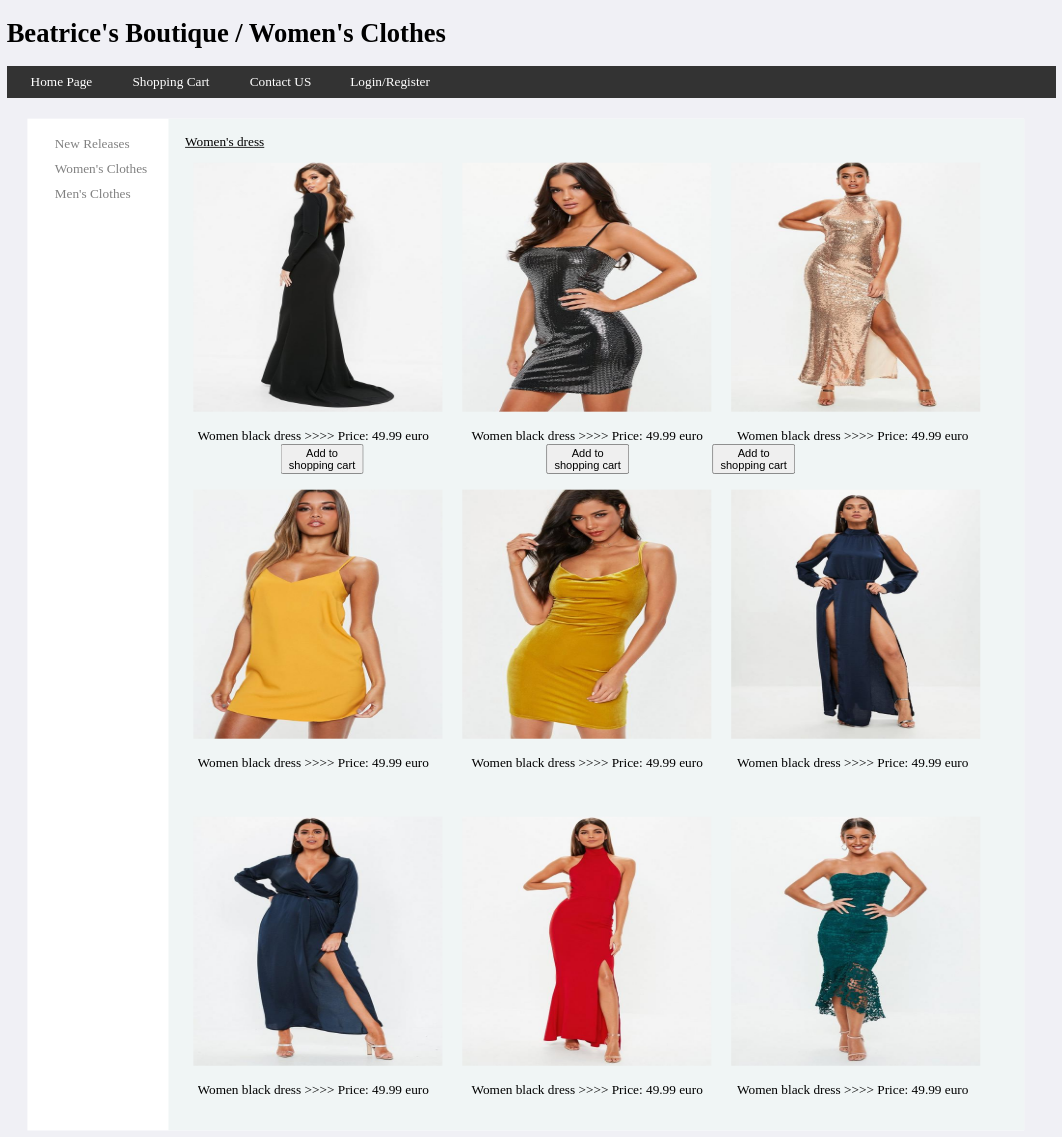
Repository: IosifDobos/Beatrice-Boutique
Page: http://localhost/BeatriceBoutique/womensClothes.jsp
The author's editor kept a copy of each file at every save. The page is drawn from the files as they stood at one save, then again after the next save.
The browser window is 1280 px wide. The pictures show the whole page, at 83% of full size.
The page is served by Tomcat 9.

Above is the page before, as saved 2018-12-04 17:55:48.

After the next save:
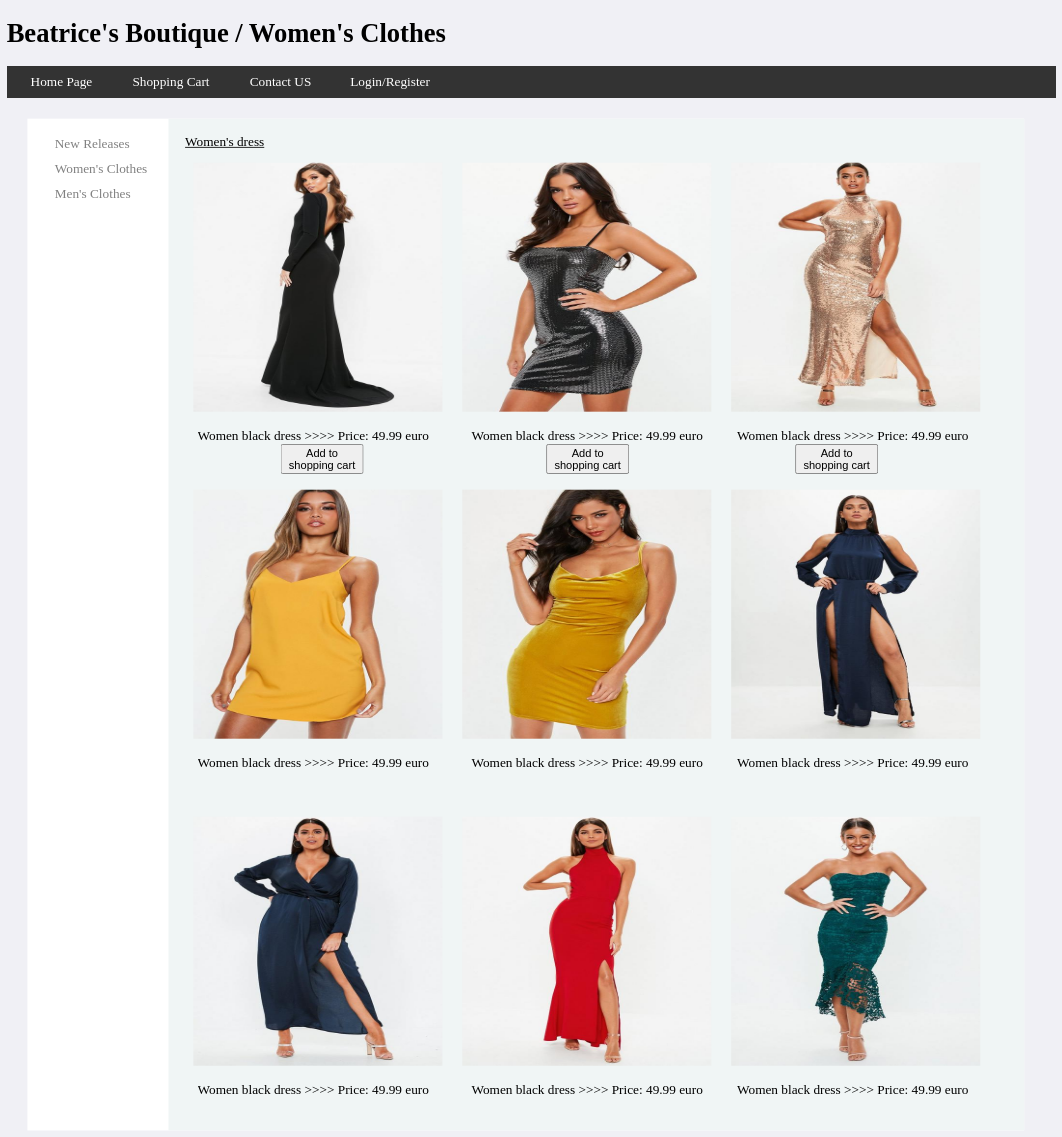
Saved 10 s later.
--- a/BeatriceBoutique/Java/WorkSpace/BeatriceBoutique/WebContent/styleSheet.css
+++ b/BeatriceBoutique/Java/WorkSpace/BeatriceBoutique/WebContent/styleSheet.css
@@ -131,7 +131,7 @@ li a:hover {
 #button-url2{
 	position: absolute;
 	margin-top: 35px;
-	margin-left: 635px;
+	margin-left: 735px;
 	width: 100px;
 	height: 100px;
 }
